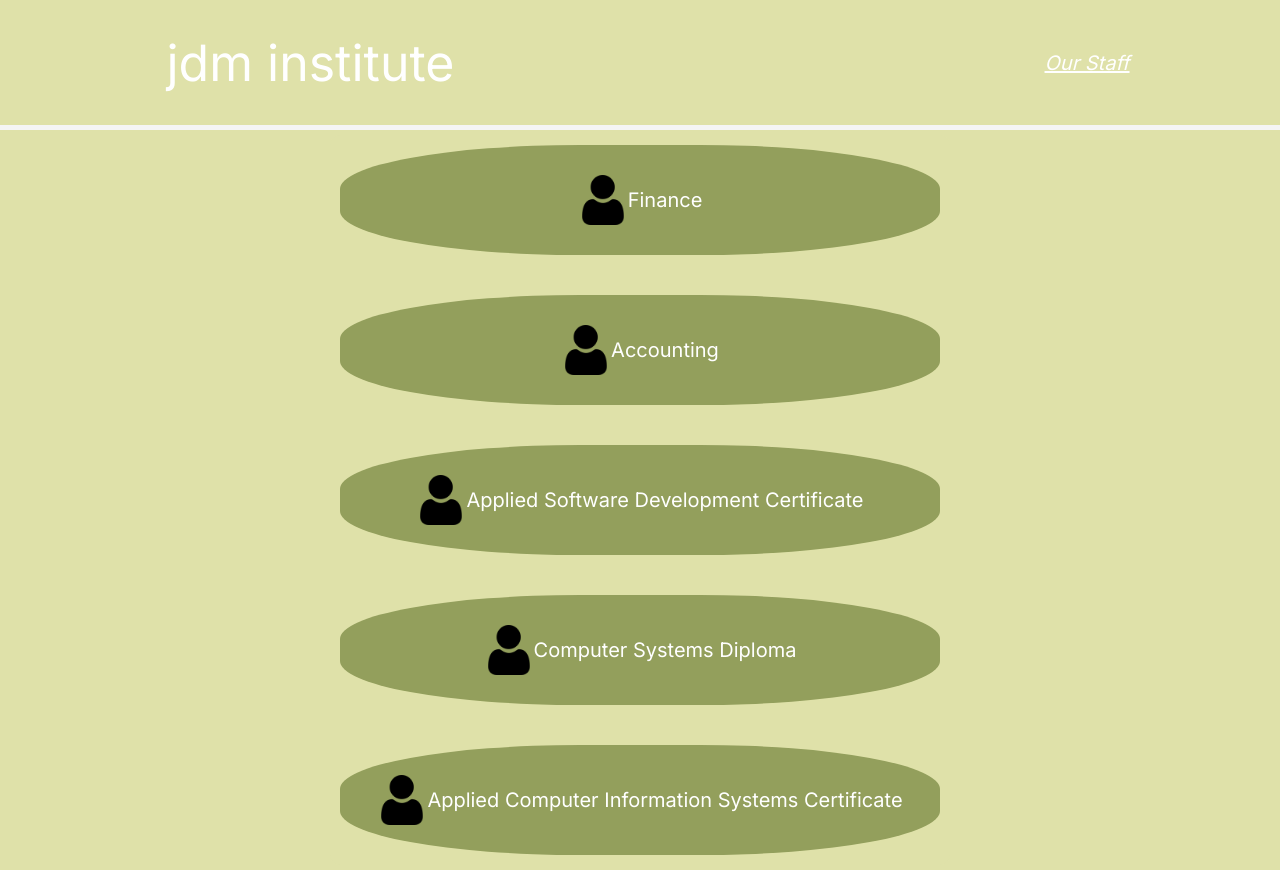
Repository: jennydmcm/class03practice
Page: /
These files come from the project's save history. The page is drawn as it stood at one moment and after the next save; the edit follows.
The browser window is 1280 px wide. The pictures show the whole page.
The project was rebuilt for these pictures with package versions that can differ from the ones it lists, and the page was loaded fresh each time. The framework's server and built-in components were replaced by stand-ins that run in the browser. Also part of the build but not shown: next.config.js.

Above is the page before, as saved 2023-01-25 13:12:12.

After the next save:
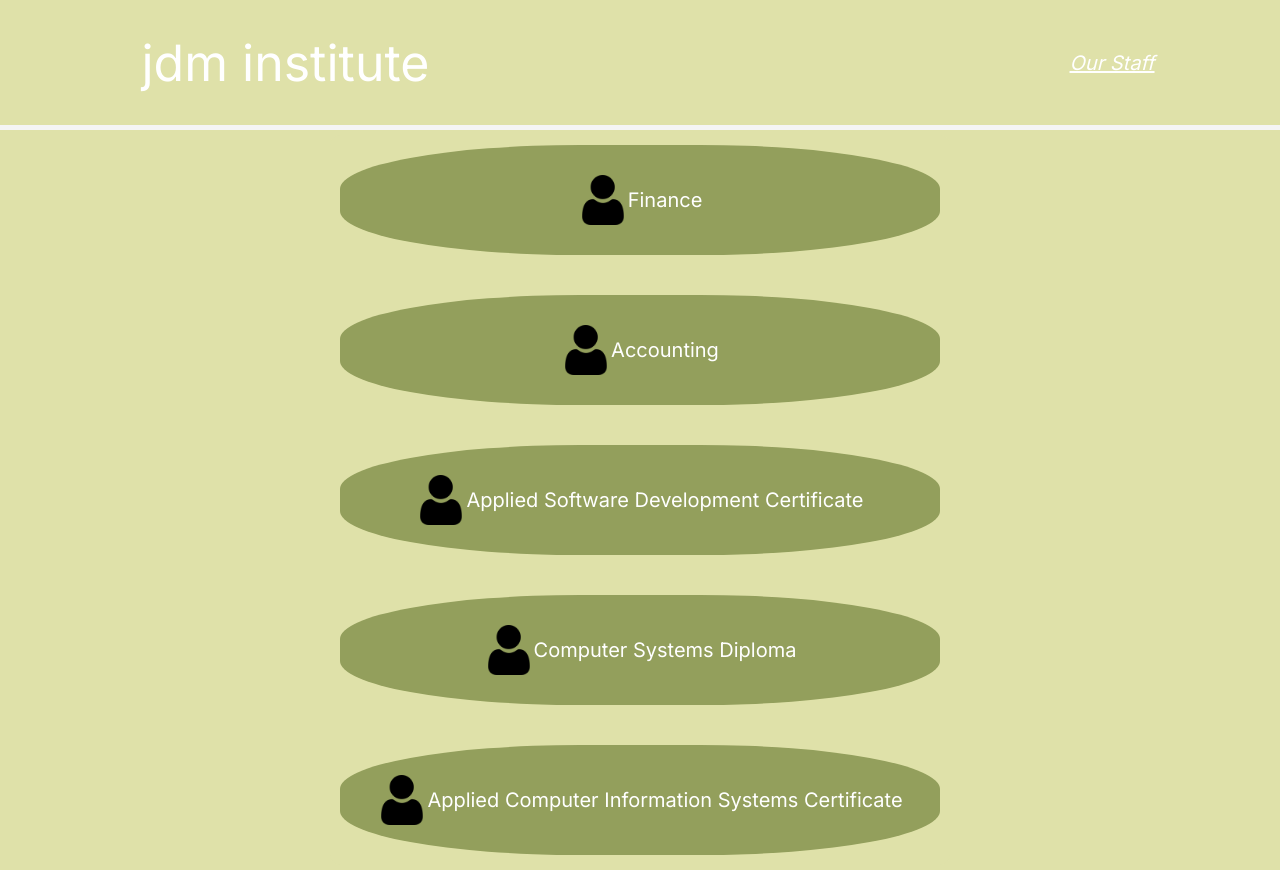
Saved 5 s later.
--- a/styles/Home.module.css
+++ b/styles/Home.module.css
@@ -28,7 +28,7 @@
   color: white;
   padding: 1rem;
   display: flex;
-  padding-right: 550px;
+  padding-right: 600px;
 }
 .link{
   font-size: 20px;
